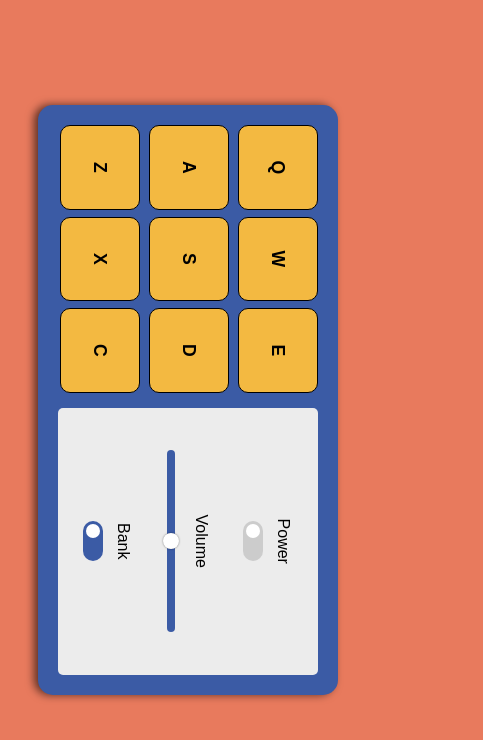
Repository: alfredoleano/drum-machine
Page: /
These files come from the project's save history. The page is drawn as it stood at one moment and after the next save; the edit follows.
The browser window is 375 px wide. The page is 375 px wide, then 483 px, so the pictures cover 483 px, including what lies to the right of the window. The pictures show the whole page.
The project was rebuilt for these pictures with package versions that can differ from the ones it lists, and the page was loaded fresh each time.

Above is the page before, as saved 2024-06-14 13:39:28.

After the next save:
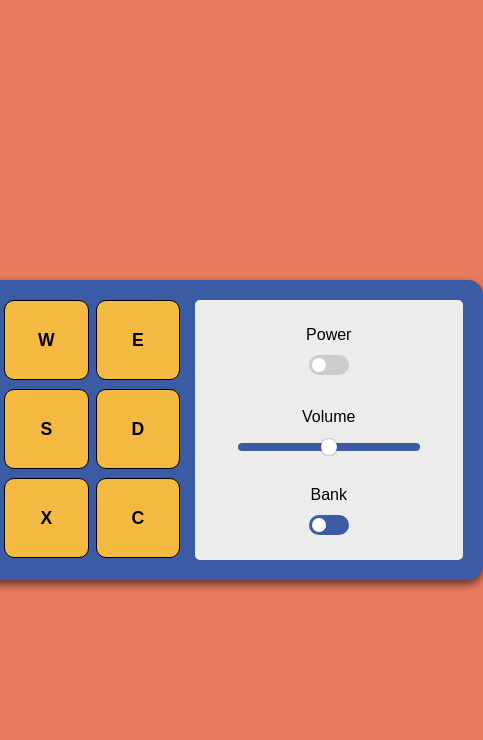
Saved 2 min 37 s later.
--- a/src/styles.scss
+++ b/src/styles.scss
@@ -277,9 +277,7 @@ input[type="range"]::-ms-track {
     // top: 50%;  /* Centers the element vertically */
     transform: rotate(90deg); /* Adjusts positioning and rotates */
     transform-origin: center center;
-    top: 0;
-    bottom: 0;
-    margin-top: auto;
-    margin-bottom: auto;
+    top: 50%;
+    transform: translateY(-50%);
   }
 }
